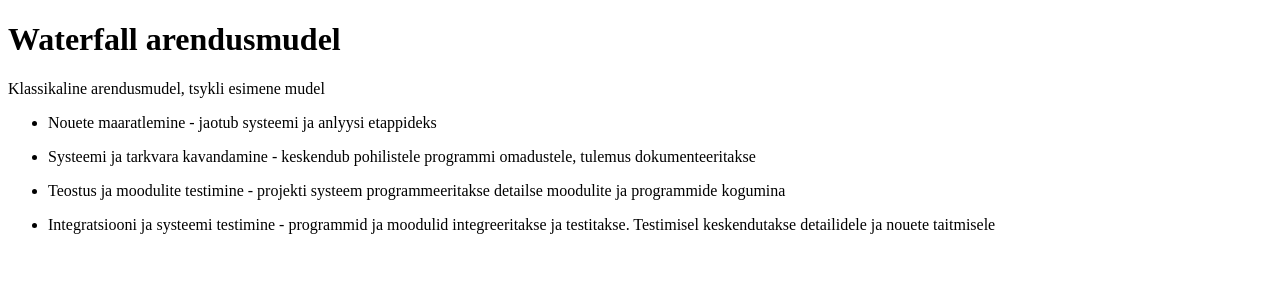
Repository: annemariv/Targe24
Page: elutsykkel/waterfall.html
The author's editor kept a copy of each file at every save. The page is drawn from the files as they stood at one save, then again after the next save.
The browser window is 1280 px wide. The pictures show the whole page.

Above is the page before, as saved 2024-11-06 18:46:38.

### elutsykkel/waterfall.html
<!DOCTYPE html>
<html lang="en">
<head>
    <meta charset="UTF-8">
    <meta name="viewport" content="width=device-width, initial-scale=1.0">
    <title>Waterfall arendusmudel</title>
</head>
<body>
    <p>
        <!--pealkiri-->
        <!--kirjeldus oma sonadega-->
        <!--etappide tapsem kirjeldus-->
        <!--visuaalne joonis-->
        <!--tabel, mis loetleb head ja vead ()-->
    </p>
    <h1>Waterfall arendusmudel</h1>
    <p>Klassikaline arendusmudel, tsykli esimene mudel</p>
    <ul>
        <li>
            <p>Nouete maaratlemine - jaotub systeemi ja anlyysi etappideks</p>
        </li>
        <li>
            <p>Systeemi ja tarkvara kavandamine - keskendub pohilistele programmi omadustele, tulemus dokumenteeritakse</p>
        </li>
        <li>
            <p>Teostus ja moodulite testimine - projekti systeem programmeeritakse detailse moodulite ja programmide kogumina</p>
        </li>
        <li>
            <p>Integratsiooni ja systeemi testimine - programmid ja moodulid integreeritakse ja testitakse. Testimisel keskendutakse detailidele ja nouete taitmisele </p>
        </li>
    </ul>
</body>
</html>

After the next save:
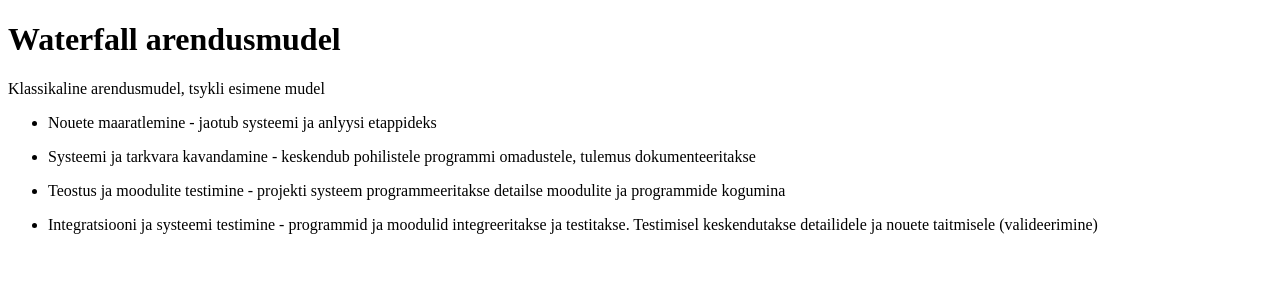
Saved 5 s later.
--- a/elutsykkel/waterfall.html
+++ b/elutsykkel/waterfall.html
@@ -26,7 +26,7 @@
             <p>Teostus ja moodulite testimine - projekti systeem programmeeritakse detailse moodulite ja programmide kogumina</p>
         </li>
         <li>
-            <p>Integratsiooni ja systeemi testimine - programmid ja moodulid integreeritakse ja testitakse. Testimisel keskendutakse detailidele ja nouete taitmisele </p>
+            <p>Integratsiooni ja systeemi testimine - programmid ja moodulid integreeritakse ja testitakse. Testimisel keskendutakse detailidele ja nouete taitmisele (valideerimine)</p>
         </li>
     </ul>
 </body>
